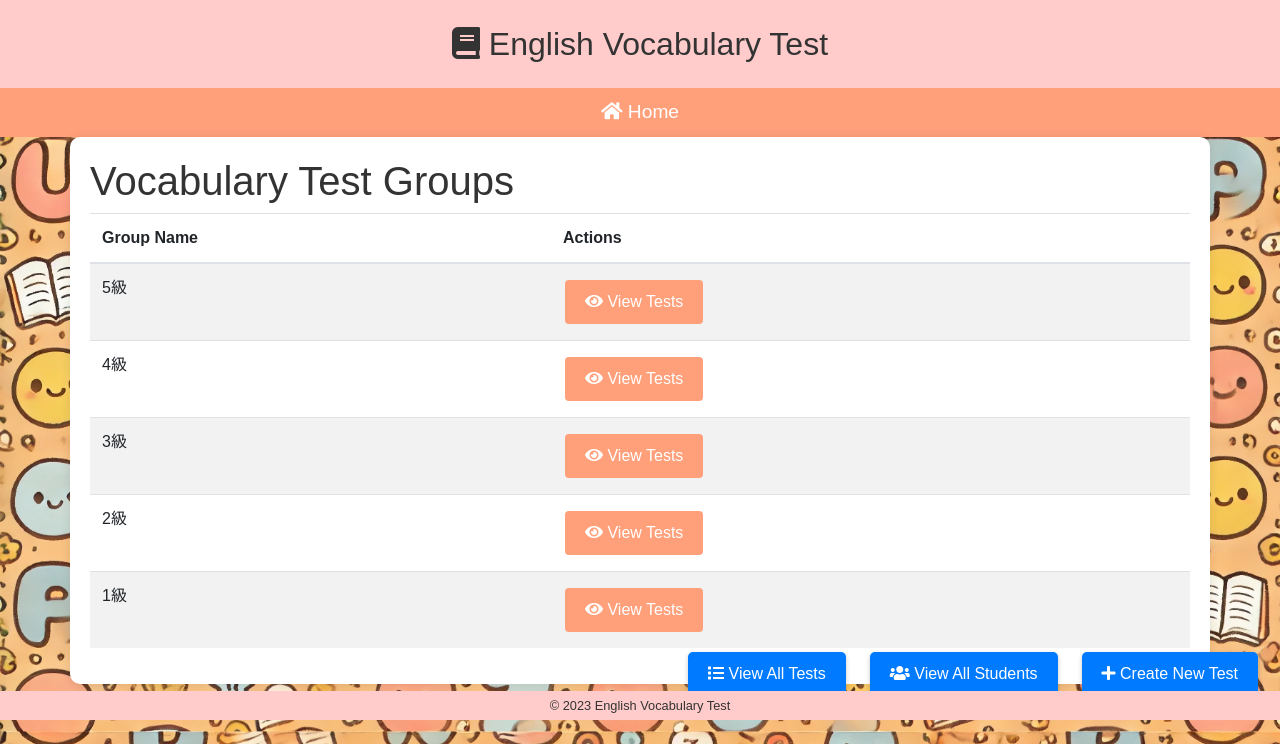
Repository: YamatoGH/testapp
Page: http://localhost/
The author's editor kept a copy of each file at every save. The page is drawn from the files as they stood at one save, then again after the next save.
The browser window is 1280 px wide. The pictures show the whole page.
Backgrounds fixed to the window are drawn as part of the page. The page is served by the project's application, run on Django 5.2 (manage.py). Other server files are loaded and not shown. The page reads the database file committed with the project.

Above is the page before, as saved 2024-07-21 11:15:03.

### testapp/templates/testapp/home.html
{% extends "testapp/base.html" %}

{% block title %}Home{% endblock %}

{% block content %}
<h1>Vocabulary Test Groups</h1>
<table class="table table-striped table-hover">
    <thead>
        <tr>
            <th>Group Name</th>
            <th>Actions</th>
        </tr>
    </thead>
    <tbody>
        {% for group in groups %}
        <tr>
            <td>{{ group.name }}</td>
            <td><a href="{% url 'group_tests' group.id %}" class="btn btn-custom"><i class="fas fa-eye"></i> View Tests</a></td>
        </tr>
        {% endfor %}
    </tbody>
</table>

<div class="fixed-buttons">
    <!-- すべてのテストを表示するボタン -->
    <a href="{% url 'all_tests' %}" class="btn btn-custom all-tests-button"><i class="fas fa-list"></i> View All Tests</a>

    <!-- すべての生徒を表示するボタン -->
    <a href="{% url 'student_list' %}" class="btn btn-custom view-all-students-button"><i class="fas fa-users"></i> View All Students</a>

    <!-- 新しいテストを作成するボタン -->
    <a href="{% url 'create_test' %}" class="btn btn-custom create-test-button"><i class="fas fa-plus"></i> Create New Test</a>
</div>

{% endblock %}

### testapp/templates/testapp/base.html
<!DOCTYPE html>
<html>
<head>
    {% load static %}
    <title>{% block title %}English Vocabulary Test{% endblock %}</title>
    <link rel="stylesheet" href="https://stackpath.bootstrapcdn.com/bootstrap/4.3.1/css/bootstrap.min.css">
    <link rel="stylesheet" href="https://cdnjs.cloudflare.com/ajax/libs/font-awesome/5.15.3/css/all.min.css">
    <link rel="stylesheet" type="text/css" href="{% static 'testapp/css/style.css' %}">
</head>
<body>
    <header>
        <i class="fas fa-book"></i> English Vocabulary Test
    </header>
    <nav>
        <a href="{% url 'home' %}"><i class="fas fa-home"></i> Home</a>
    </nav>
    <div class="container">
        {% block content %}{% endblock %}
    </div>
    <footer>
        &copy; 2023 English Vocabulary Test
    </footer>
</body>
<script>
    document.addEventListener("DOMContentLoaded", function() {
        var coll = document.getElementsByClassName("collapsible");
        for (var i = 0; i < coll.length; i++) {
            coll[i].addEventListener("click", function() {
                this.classList.toggle("active");
                var content = this.nextElementSibling;
                if (content.style.display === "block") {
                    content.style.display = "none";
                } else {
                    content.style.display = "block";
                }
            });
        }
    });
</script>
</html>

### testapp/models.py
from django.db import models

class Group(models.Model):
    name = models.CharField(max_length=100)

    def __str__(self):
        return self.name

class Test(models.Model):
    title = models.CharField(max_length=100)
    description = models.TextField(null=True, blank=True)
    words = models.ManyToManyField('Word', blank=True)
    group = models.ForeignKey(Group, on_delete=models.CASCADE, related_name='tests', null=True, blank=True)

    def __str__(self):
        return self.title

class Word(models.Model):
    word = models.CharField(max_length=100)
    meaning = models.CharField(max_length=255)

    def __str__(self):
        return self.word

class Student(models.Model):
    name = models.CharField(max_length=100)

    def __str__(self):
        return f"{self.name} "

### testapp/views.py
import csv
import pandas as pd
from django.shortcuts import render, redirect, get_object_or_404
from django.forms import formset_factory
from .forms import TestForm, WordForm
from .models import Word, Test, Group, Student
import random

def create_test(request):
    WordFormSet = formset_factory(WordForm, extra=1)
    if request.method == 'POST':
        form = TestForm(request.POST, request.FILES)
        formset = WordFormSet(request.POST, prefix='words')
        if form.is_valid() and formset.is_valid():
            test = form.save(commit=False)
            test.save()
            for word_form in formset:
                word = word_form.cleaned_data.get('word')
                meaning = word_form.cleaned_data.get('meaning')
                if word and meaning:
                    word_obj, created = Word.objects.get_or_create(word=word, meaning=meaning)
                    test.words.add(word_obj)
            if 'file' in request.FILES:
                file = request.FILES['file']
                if file.name.endswith('.csv'):
                    reader = csv.reader(file.read().decode('utf-8').splitlines())
                    for row in reader:
                        if len(row) == 2:
                            word, meaning = row
                            word_obj, created = Word.objects.get_or_create(word=word.strip(), meaning=meaning.strip())
                            test.words.add(word_obj)
                elif file.name.endswith('.xlsx'):
                    df = pd.read_excel(file)
                    for _, row in df.iterrows():
                        if len(row) >= 2:
                            word, meaning = row[0], row[1]
                            word_obj, created = Word.objects.get_or_create(word=word.strip(), meaning=meaning.strip())
                            test.words.add(word_obj)
            return redirect('home')
    else:
        form = TestForm()
        formset = WordFormSet(prefix='words')
    return render(request, 'testapp/create_test.html', {'form': form, 'formset': formset})

def all_tests(request):
    tests = Test.objects.all()
    return render(request, 'testapp/all_tests.html', {'tests': tests})

def group_tests(request, group_id):
    group = get_object_or_404(Group, id=group_id)
    tests = group.tests.all()  # 'tests' は 'related_name' に基づく
    return render(request, 'testapp/group_tests.html', {'group': group, 'tests': tests})

def home(request):
    groups = Group.objects.all()
    return render(request, 'testapp/home.html', {'groups': groups})

def test_detail(request, test_id):
    test = get_object_or_404(Test, id=test_id)
    words = test.words.all()
    return render(request, 'testapp/test_detail.html', {'test': test, 'words': words})

def print_test(request, test_id, start_index, end_index, shuffle):
    test = get_object_or_404(Test, id=test_id)
    words = list(test.words.all())
    if shuffle == 'yes':
        random.shuffle(words)
    words = words[start_index:end_index]
    return render(request, 'testapp/print_test.html', {'test': test, 'words': words})

def print_test_with_answers(request, test_id, start_index, end_index, shuffle):
    test = get_object_or_404(Test, id=test_id)
    words = list(test.words.all())
    if shuffle == 'yes':
        random.shuffle(words)
    words = words[start_index:end_index]
    return render(request, 'testapp/print_test_with_answers.html', {'test': test, 'words': words})

def student_list(request):
    students = Student.objects.all()
    return render(request, 'testapp/student_list.html', {'students': students})

### vocab_test/urls.py
"""
URL configuration for vocab_test project.

The `urlpatterns` list routes URLs to views. For more information please see:
    https://docs.djangoproject.com/en/5.0/topics/http/urls/
Examples:
Function views
    1. Add an import:  from my_app import views
    2. Add a URL to urlpatterns:  path('', views.home, name='home')
Class-based views
    1. Add an import:  from other_app.views import Home
    2. Add a URL to urlpatterns:  path('', Home.as_view(), name='home')
Including another URLconf
    1. Import the include() function: from django.urls import include, path
    2. Add a URL to urlpatterns:  path('blog/', include('blog.urls'))
"""
from django.contrib import admin
from django.urls import include, path

urlpatterns = [
    path('admin/', admin.site.urls),
    path('', include('testapp.urls')),
]

### testapp/urls.py
from django.conf import settings
from django.conf.urls.static import static
from django.urls import path
from . import views

urlpatterns = [
    path('', views.home, name='home'),
    path('test/<int:test_id>/', views.test_detail, name='test_detail'),
    path('print-test/<int:test_id>/<int:start_index>/<int:end_index>/<str:shuffle>/', views.print_test, name='print_test'),
    path('print-test-with-answers/<int:test_id>/<int:start_index>/<int:end_index>/<str:shuffle>/', views.print_test_with_answers, name='print_test_with_answers'),
    path('create-test/', views.create_test, name='create_test'),
    path('group-tests/<int:group_id>/', views.group_tests, name='group_tests'),
    path('all-tests/', views.all_tests, name='all_tests'),
    path('students/', views.student_list, name='student_list'),
]

if settings.DEBUG:
    urlpatterns += static(settings.STATIC_URL, document_root=settings.STATIC_ROOT)

### testapp/static/testapp/css/style.css
body {
    font-family: 'Comic Sans MS', cursive, sans-serif;
    background-color: #f0f8ff;
    color: #333;
    margin: 0;
    padding: 0;
    background-image: url('/static/testapp/images/background.jpg'); /* ここに背景画像のURLを入力 */
    background-size: cover;
    background-repeat: no-repeat;
    background-attachment: fixed; /* 背景画像を固定 */
    display: flex;
    flex-direction: column;
    min-height: 100vh;
}

header {
    background-color: #ffcccb;
    padding: 20px;
    text-align: center;
    font-size: 2em;
    color: #333;
}

nav {
    background-color: #ffa07a;
    padding: 10px;
    text-align: center;
}

nav a {
    margin: 0 15px;
    color: #fff;
    text-decoration: none;
    font-size: 1.2em;
}

nav a:hover {
    text-decoration: underline;
}

.container {
    flex: 1;  /* Main content will take all available space */
    padding: 20px;
    background-color: rgba(255, 255, 255, 1.0);
    border-radius: 10px;
    box-shadow: 0 0 10px rgba(0, 0, 0, 0.1);
    margin-bottom: 60px;  /* Add some space at the bottom to avoid overlap with the footer */
}

footer {
    background-color: #ffcccb;
    padding: 5px;  /* Adjusted padding */
    text-align: center;
    font-size: 0.8em;  /* Adjusted font size */
    position: fixed;
    width: 100%;
    bottom: 0;
}

.btn-custom {
    background-color: #ffa07a;
    border: none;
    color: white;
    padding: 10px 20px;
    text-align: center;
    text-decoration: none;
    display: inline-block;
    font-size: 16px;
    margin: 4px 2px;
    transition-duration: 0.4s;
    cursor: pointer;
}

.btn-custom:hover {
    background-color: white;
    color: black;
    border: 2px solid #ffa07a;
}

.collapsible {
    cursor: pointer;
    padding: 10px;
    width: 100%;
    border: none;
    text-align: center;
    outline: none;
    font-size: 1em;
}

.active, .collapsible:hover {
    background-color: #ddd;
}

.collapsible-content {
    display: none;
    overflow: hidden;
    padding: 0 10px;
}

.fixed-buttons {
    position: fixed;
    bottom: 20px;
    right: 20px;
    display: flex;
    gap: 20px;
}

.fixed-buttons .btn-custom {
    background-color: #007bff;
    color: white;
    padding: 10px 20px;
    border-radius: 5px;
    text-decoration: none;
    box-shadow: 0 2px 5px rgba(0,0,0,0.2);
    transition: background-color 0.3s ease;
    z-index: 1000;  /* Ensure buttons are above other content */
}

.fixed-buttons .btn-custom:hover {
    background-color: #0056b3;
}

### db.sqlite3 (the tables this page reads, as SQL)
CREATE TABLE "testapp_group" ("id" integer NOT NULL PRIMARY KEY AUTOINCREMENT, "name" varchar(100) NOT NULL);
INSERT INTO "testapp_group" VALUES
(3, '5級'),
(5, '4級'),
(6, '3級'),
(7, '2級'),
(8, '1級');

After the next save:
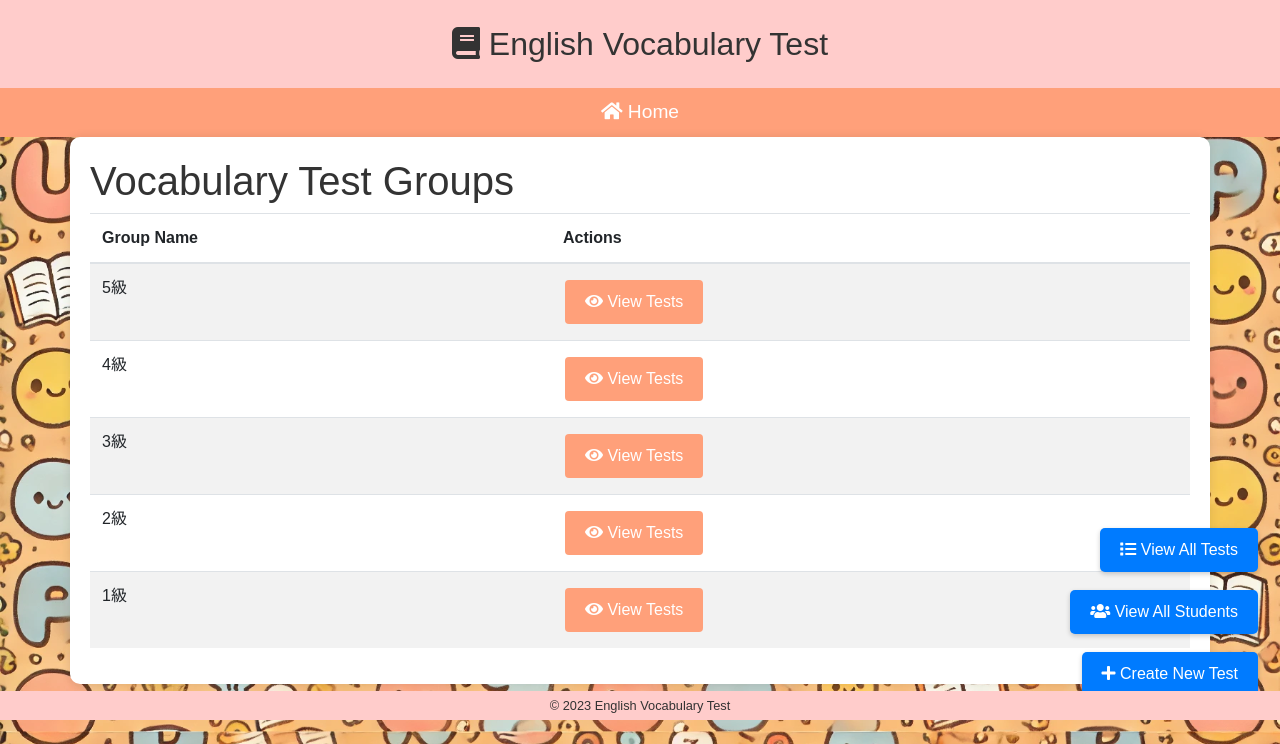
Saved 14 s later.
--- a/testapp/static/testapp/css/style.css
+++ b/testapp/static/testapp/css/style.css
@@ -102,7 +102,9 @@ footer {
     bottom: 20px;
     right: 20px;
     display: flex;
-    gap: 20px;
+    flex-direction: column;
+    gap: 10px;
+    align-items: flex-end;
 }
 
 .fixed-buttons .btn-custom {
